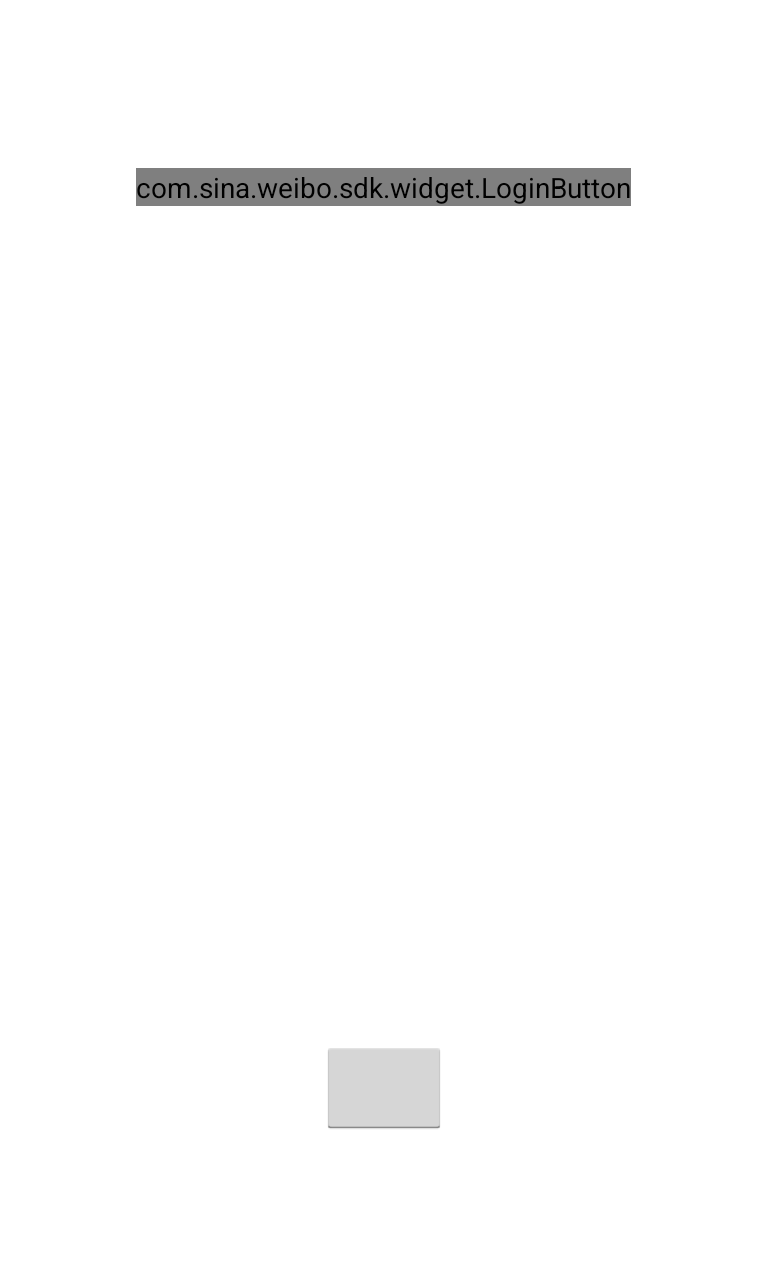
Repository: aojue/HappyAA
Layout: HappyAA/res/layout/activity_main.xml
An editor plug-in stored every save of this project. The layout is shown before and after a run of saves, followed by the edit.
Pictures or frames that could not be fetched are drawn as grey boxes. It is drawn on a 768 x 1280 px phone screen (xhdpi) without system bars, with theme AppTheme; the app's code is not run.

Above is the layout before, as saved 2014-10-24 07:29:06.

After the next 2 saves:
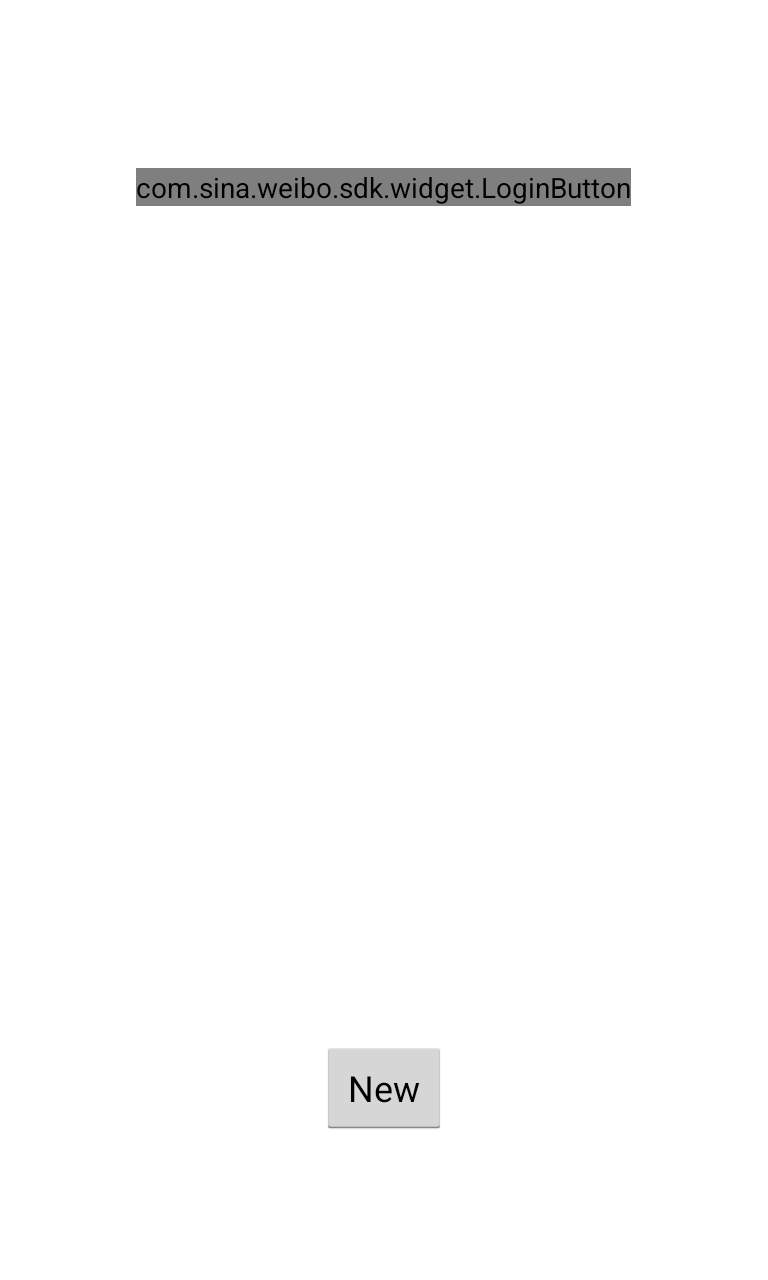
The 2 saves are shown as one change because 1 did not build or start.
The last was saved 5 min 57 s later.
--- a/HappyAA/res/layout/activity_main.xml
+++ b/HappyAA/res/layout/activity_main.xml
@@ -22,6 +22,7 @@
         android:layout_height="wrap_content"
         android:layout_alignParentBottom="true"
         android:layout_centerHorizontal="true"
-        android:layout_marginBottom="56dp"/>
-
+        android:layout_marginBottom="56dp"
+        android:text="@string/button1"
+        />
 </RelativeLayout>
